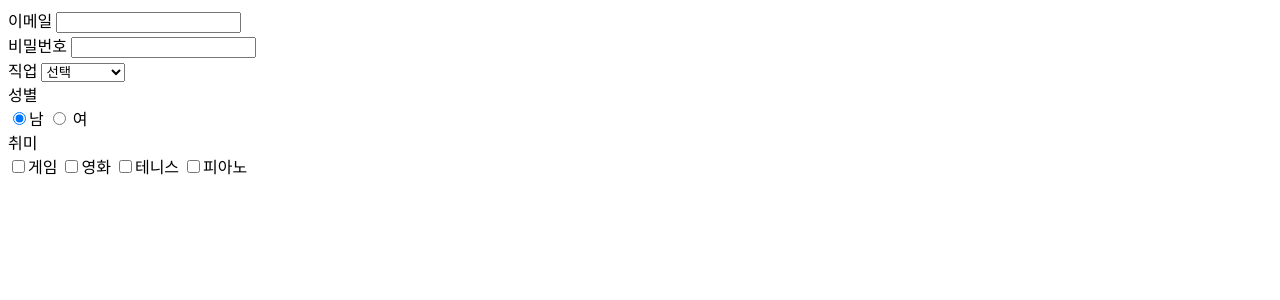
Repository: hyunhee7/web_work
Page: Step05_JavaServerPage/WebContent/test12.html
An editor plug-in stored every save of this project. The page is shown before and after a run of saves, followed by the edit.
The browser window is 1280 px wide. The pictures show the whole page.

Above is the page before, as saved 2017-06-23 01:57:58.

### Step05_JavaServerPage/WebContent/test12.html
<!DOCTYPE html>
<html>
<head>
<meta charset="UTF-8">
<title>test12.html</title>
</head>
<body>
	<form action="test12.jsp" method="post">
		이메일 <input type="text" name="email" /> <br />
		비밀번호 <input type="text" name="pwd" /> <br />
		직업
		<select name="job" >
			<option value="">선택</option>
			<option value="programmer">프로그래머</option>
			<option value="teacher">교사</option>
			<option value="doctor">의사</option>
			<option value="etc">기타</option>
		</select>
		<br />
		성별
		<br />
		<label>
			<input type="radio" name="gender" checked="checked" value="man"/>남
		</label>
		<label>
			<input type="radio" name="gender" value="woman"/> 여
		</label>
		<br />
		취미
		<br />
		<label>
			<input type="checkbox" name="hobby" value="game" />게임
		</label>
		<label>
			<input type="checkbox" name="hobby" value="movie" />영화
		</label>
		<label>
			<input type="checkbox" name="hobby" value="tennis" />테니스
		</label>
		<label>
			<input type="checkbox" name="hobby" value="piano" />피아노
		</label>
	</form>
</body>
</html>

After the next 2 saves:
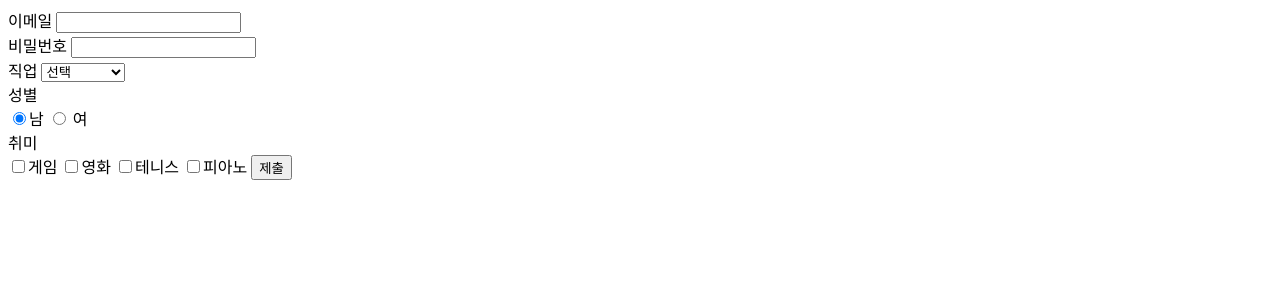
The 2 saves are shown as one change because they came seconds apart.
The last was saved 28 s later.
--- a/Step05_JavaServerPage/WebContent/test12.html
+++ b/Step05_JavaServerPage/WebContent/test12.html
@@ -40,6 +40,7 @@
 		<label>
 			<input type="checkbox" name="hobby" value="piano" />피아노
 		</label>
+		<button type="submit">제출</button>
 	</form>
 </body>
 </html>
